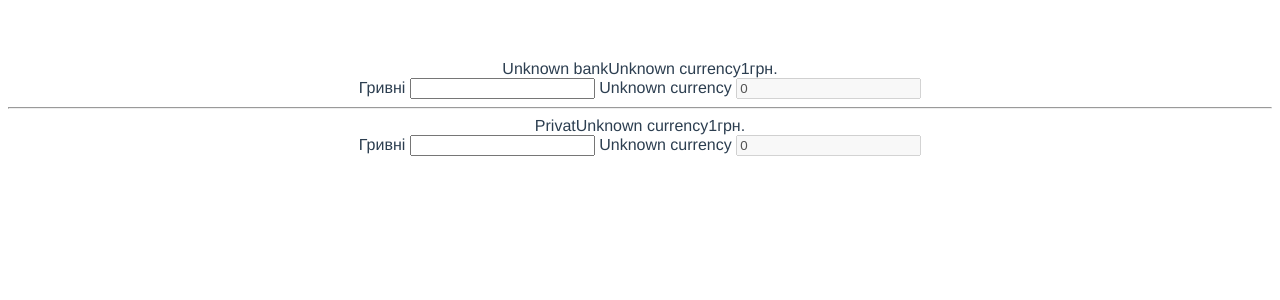
Repository: KYUUBI-K/HTML
Page: / (app in За 2 курс/VUe.js/kichen/)
These files come from the project's save history. The page is drawn as it stood at one moment and after the next save; the edit follows.
The browser window is 1280 px wide. The pictures show the whole page.
The project was rebuilt for these pictures with package versions that can differ from the ones it lists, and the page was loaded fresh each time.

Above is the page before, as saved 2021-09-15 12:04:38.

### За 2 курс/VUe.js/kichen/src/App.vue
<template>
  <div id="app">
<converter/>
<hr>
<converter
  bank-title = 'Privat'
  curency-title = 'Dollars'
  :cource = 27
  />
  </div>
</template>

<script>
import Converter from "@/components/Converter"

export default {
  name: 'App',
  components: {
    Converter
  }
}
</script>

<style>
#app {
  font-family: Avenir, Helvetica, Arial, sans-serif;
  -webkit-font-smoothing: antialiased;
  -moz-osx-font-smoothing: grayscale;
  text-align: center;
  color: #2c3e50;
  margin-top: 60px;
}
</style>

### За 2 курс/VUe.js/kichen/src/components/Converter/index.vue
<template>
    <div>
        <div>
            <span>{{bankTitle}}</span>
            <span>{{currencyTitle}}</span>
            <span>{{course}}грн.</span>
        </div>
        <div>
            <label>
                Гривні
                <input type="number" v-model.number="grnAmount">
            </label>
            <label >
                {{currencyTitle}}
                <input type="number" :value="currencyAmount" disabled="!isTwoWayConverter" >
            </label>
        </div>
    </div>
</template>

<script>
    export default {
        name:'Converter',
        props: {
            bankTitle: {
                type: String,
                default: 'Unknown bank'
            },
            currencyTitle:{
                 type: String,
                default: 'Unknown currency'
            },
            course:{
                type: [Number,String]   ,
                default: 1,

            },
            isTwoWayConverter:{
                type:Boolean,
                default:false
            }
        },
        data() {
            return {
                grnAmount: null
            }
        },
        computed: {
            currencyAmount() {
                return this.grnAmount/this.course
            }
        },
    }
</script>

<style lang="scss" scoped>

</style>

Loaded but not shown: За 2 курс/VUe.js/kichen/public/index.html (common file); За 2 курс/VUe.js/kichen/src/main.js (common file)

After the next save:
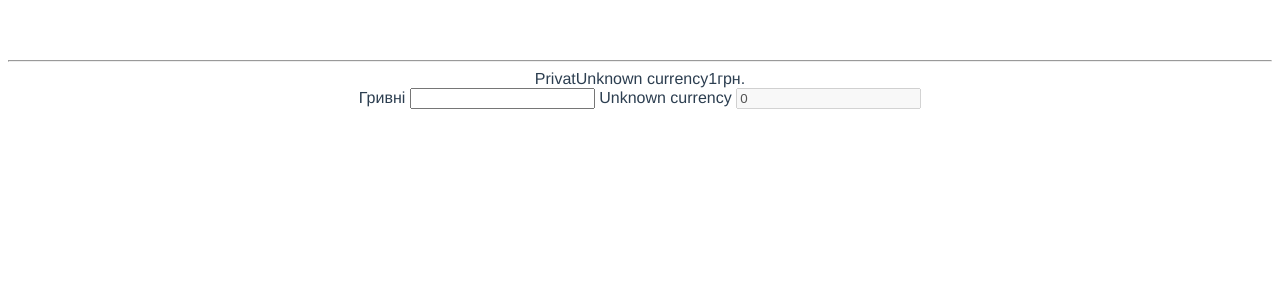
Saved 10 s later.
--- a/За 2 курс/VUe.js/kichen/src/App.vue
+++ b/За 2 курс/VUe.js/kichen/src/App.vue
@@ -1,6 +1,5 @@
 <template>
   <div id="app">
-<converter/>
 <hr>
 <converter
   bank-title = 'Privat'
